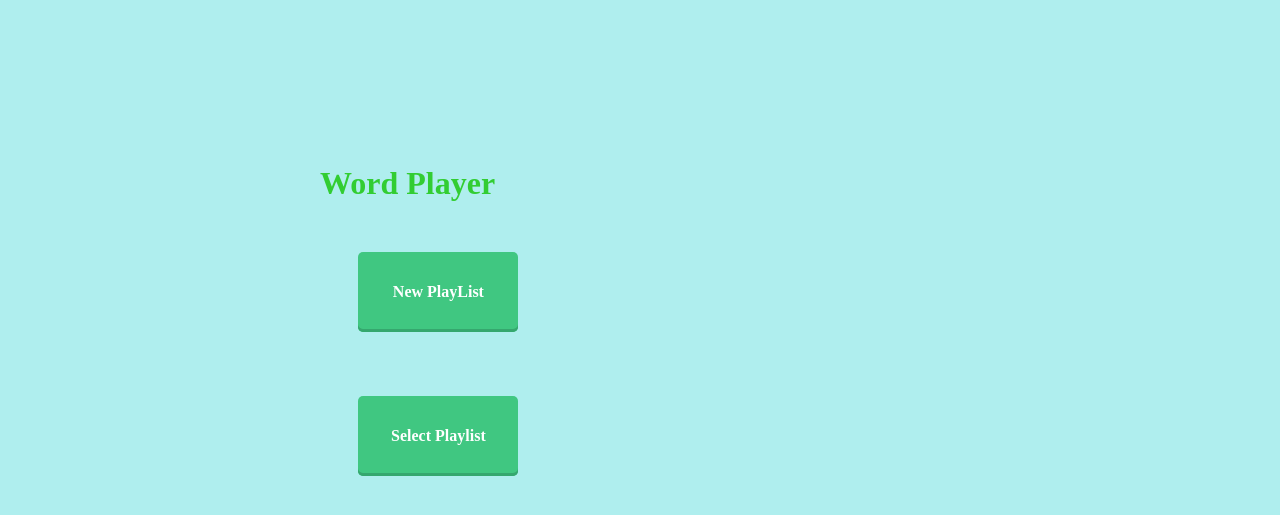
Repository: Artem-Brunov/msu_prac
Page: workspace/BasicUI/index.html
An editor plug-in stored every save of this project. The page is shown before and after the next save, followed by the edit.
The browser window is 1280 px wide. The pictures show the whole page.

Above is the page before, as saved 2017-11-19 19:38:22.

### workspace/BasicUI/index.html
<!DOCTYPE html>
<html>

<head>
    <meta charset="utf-8" />
    <meta name="viewport" content="width=device-width, initial-scale=1.0, maximum-scale=1.0">
    <meta name="description" content="Tizen Mobile Web Basic Template" />

    <title>Tizen Mobile Web Basic Application</title>

    <link rel="stylesheet" type="text/css" href="css/style.css" />
</head>

<body>
	<div class = "main">
		<div class = "titl">
			<h1>Word Player</h1>
		</div>
		<div class = "New">
			<div class = "Centr">
				<a href = "" class = "first_button">New PlayList</a>
			</div>
		</div>
		<div class = "Select">
			<div class = "Centr">
				<a href = "" class = "first_button" >Select Playlist</a>
			</div>
		</div>

	</div>


</body>

</html>

### workspace/BasicUI/css/style.css
html,
body {
    width: 100%;
    height: 100%;
    margin: 0 auto;
    padding: 0;
    background: PaleTurquoise;
 }
 .titl{

 	position: absolute;
 	left: 25%;
 	top: 20%;
 	color: LimeGreen;
 }
 a.first_button {

	display: block;
	width: 160px;
	height: 80px;
  	line-height: 5em;
	border-radius: 5px;
 	background: rgb(64,199,129);
	box-shadow: 0 -3px rgb(53,167,110) inset;
	font-weight: 900;
  	color: white;
  	text-align: center;
  	text-decoration: none;
  	transition: 0.2s;
}
a.first_button:hover { background: rgb(53, 167, 110); }
a.first_button:active {
  background: rgb(33,147,90);
  box-shadow: 0 3px rgb(33,147,90) inset;
}
.New {
	position: absolute;
  	top: 35%;
  	left: 28%;

}
.Select {
	position: absolute;
  	top: 55%;
  	left: 28%;

}

After the next save:
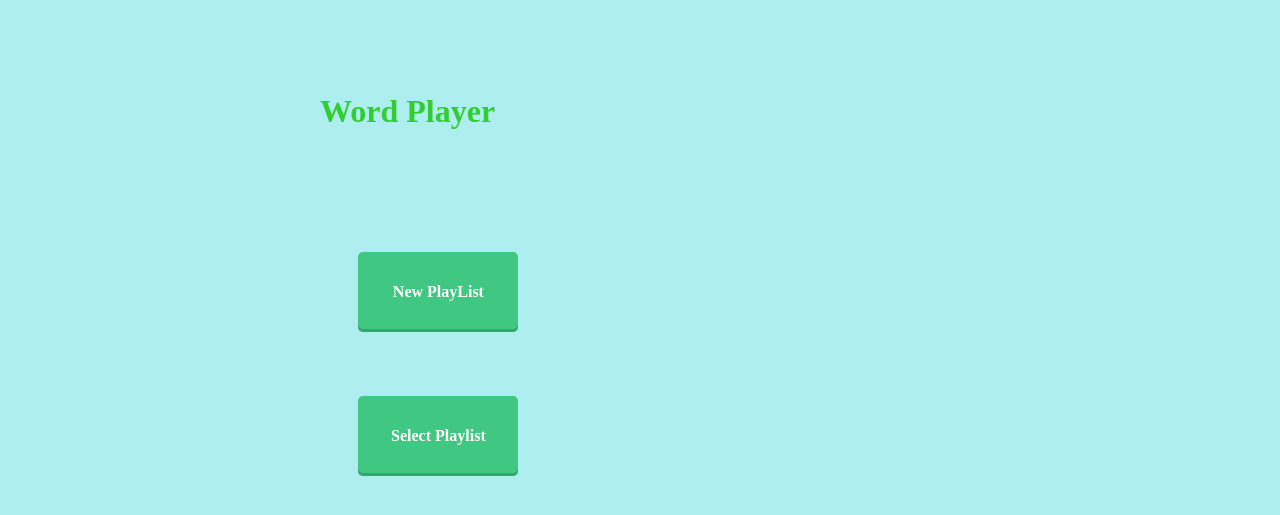
Saved 9 s later.
--- a/workspace/BasicUI/css/style.css
+++ b/workspace/BasicUI/css/style.css
@@ -10,7 +10,7 @@ body {
 
  	position: absolute;
  	left: 25%;
- 	top: 20%;
+ 	top: 10%;
  	color: LimeGreen;
  }
  a.first_button {
